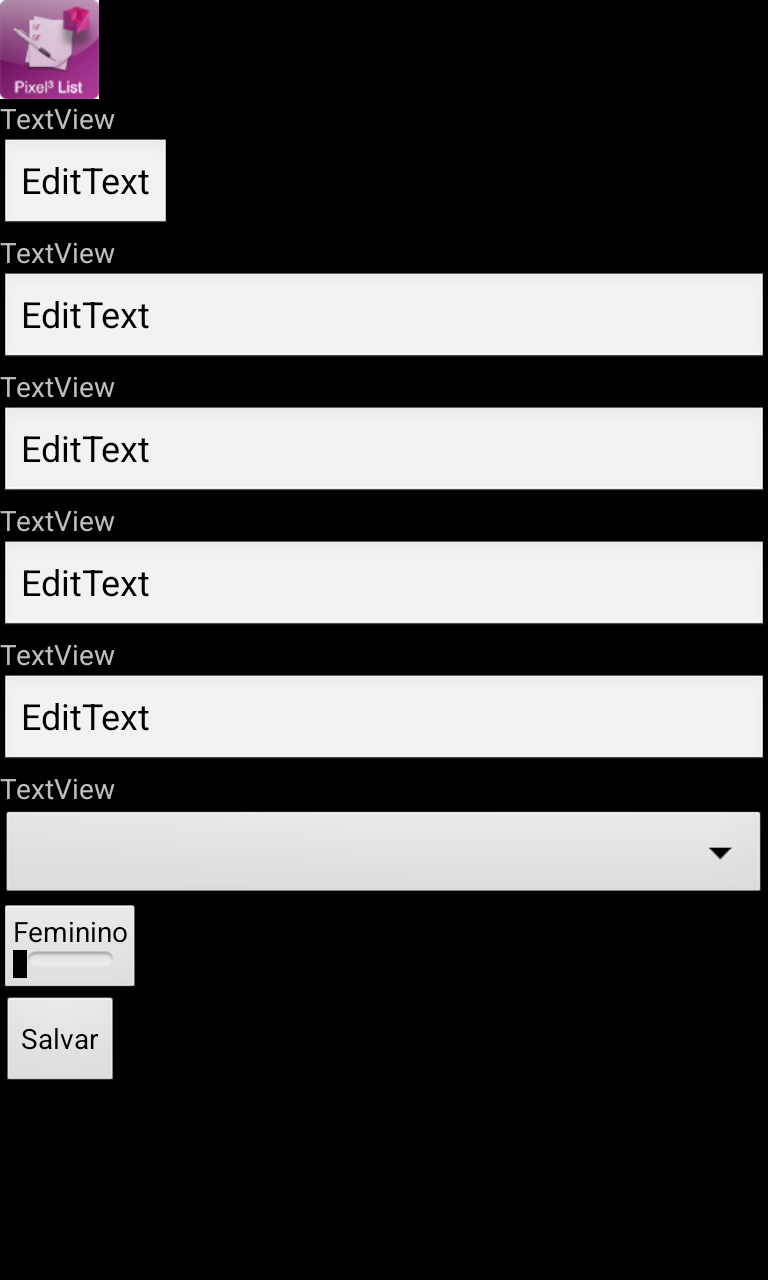
Repository: pixel3mobi/listaDigital
Layout: Pixel3List/res/layout/meusdados.xml
The author's editor kept a copy of each file at every save. The layout is drawn from the files as they stood at one save, then again after the next save.
It is drawn on a 768 x 1280 px phone screen (xhdpi) without system bars, with theme android:Theme; the app's code is not run.

Above is the layout before, as saved 2011-03-22 03:35:36.

### Pixel3List/res/layout/meusdados.xml
<?xml version="1.0" encoding="utf-8"?>
<RelativeLayout
  xmlns:android="http://schemas.android.com/apk/res/android"
  android:layout_width="fill_parent"
  android:layout_height="fill_parent">
    <ImageView android:src="@drawable/icon" android:id="@+id/imageView1" android:layout_width="wrap_content" android:layout_height="wrap_content" android:layout_alignParentTop="true"></ImageView>
    <ScrollView android:layout_below="@+id/imageView1"  android:layout_alignLeft="@+id/imageView1" android:layout_width="fill_parent" android:layout_height="fill_parent">
	    <LinearLayout android:orientation="vertical" android:id="@+id/linearLayout1" android:layout_width="fill_parent" android:layout_height="wrap_content">
	        <TextView android:text="TextView" android:id="@+id/textView1" android:layout_width="wrap_content" android:layout_height="wrap_content"></TextView>
	        <EditText android:layout_height="wrap_content" android:text="EditText" android:id="@+id/editText1" android:layout_width="wrap_content"></EditText>
	        <TextView android:text="TextView" android:id="@+id/textView2" android:layout_width="wrap_content" android:layout_height="wrap_content"></TextView>
	        <EditText android:layout_height="wrap_content" android:text="EditText" android:id="@+id/editText2" android:layout_width="fill_parent"></EditText>
	        <TextView android:text="TextView" android:id="@+id/textView3" android:layout_width="wrap_content" android:layout_height="wrap_content"></TextView>
	        <EditText android:layout_height="wrap_content" android:text="EditText" android:id="@+id/editText3" android:layout_width="fill_parent"></EditText>
	        <TextView android:text="TextView" android:id="@+id/textView4" android:layout_width="wrap_content" android:layout_height="wrap_content"></TextView>
	        <EditText android:layout_height="wrap_content" android:text="EditText" android:id="@+id/editText4" android:layout_width="fill_parent"></EditText>
	        <TextView android:text="TextView" android:id="@+id/textView5" android:layout_width="wrap_content" android:layout_height="wrap_content"></TextView>
	        <EditText android:layout_height="wrap_content" android:text="EditText" android:id="@+id/editText5" android:layout_width="fill_parent"></EditText>
	        <TextView android:text="TextView" android:id="@+id/textView7" android:layout_width="wrap_content" android:layout_height="wrap_content"></TextView>
	        <Spinner android:layout_height="wrap_content" android:layout_width="fill_parent" android:id="@+id/spinner1"></Spinner>
	        <ToggleButton android:textOn="Masculino" android:textOff="Feminino" android:id="@+id/toggleButton1" android:layout_width="wrap_content" android:layout_height="wrap_content"></ToggleButton>
	        <Button android:text="Salvar" android:id="@+id/btnSalvar" android:layout_width="wrap_content" android:layout_height="wrap_content"></Button>
	    </LinearLayout>
    </ScrollView>
</RelativeLayout>

After the next save:
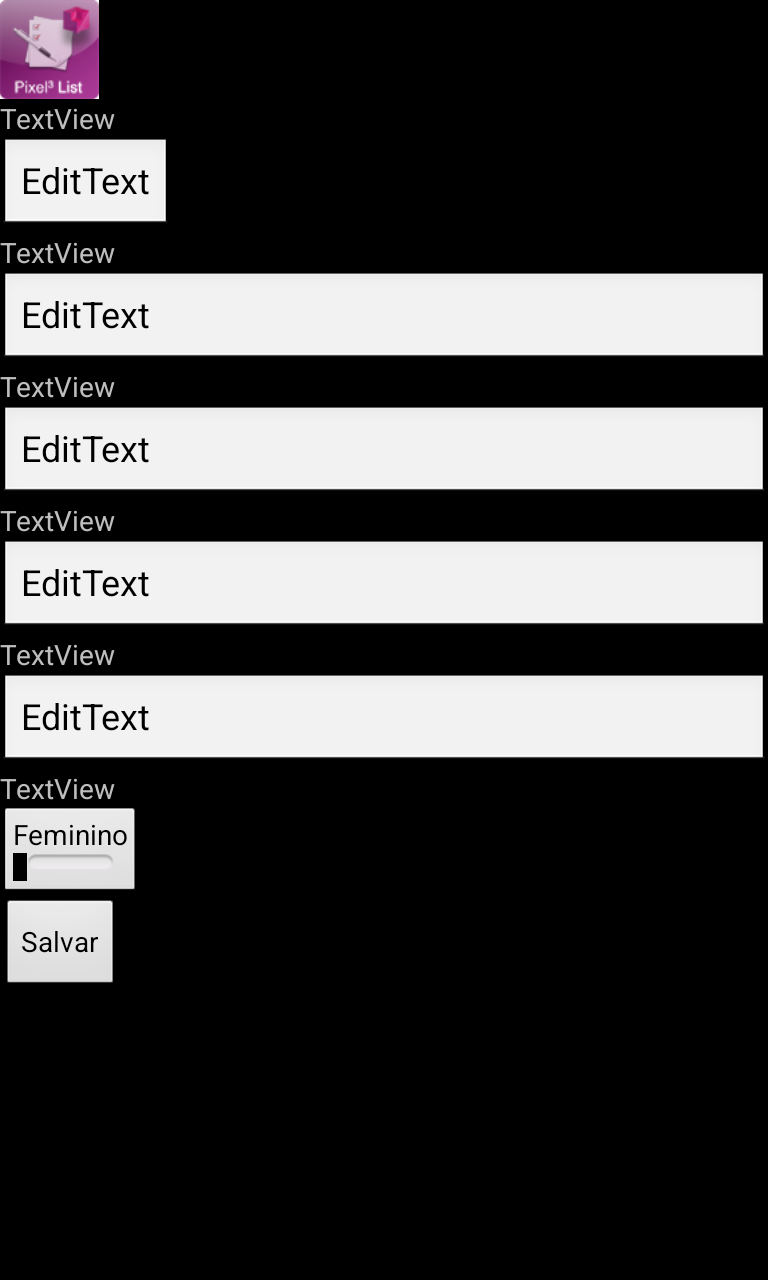
Saved 11 s later.
--- a/Pixel3List/res/layout/meusdados.xml
+++ b/Pixel3List/res/layout/meusdados.xml
@@ -17,7 +17,6 @@
 	        <TextView android:text="TextView" android:id="@+id/textView5" android:layout_width="wrap_content" android:layout_height="wrap_content"></TextView>
 	        <EditText android:layout_height="wrap_content" android:text="EditText" android:id="@+id/editText5" android:layout_width="fill_parent"></EditText>
 	        <TextView android:text="TextView" android:id="@+id/textView7" android:layout_width="wrap_content" android:layout_height="wrap_content"></TextView>
-	        <Spinner android:layout_height="wrap_content" android:layout_width="fill_parent" android:id="@+id/spinner1"></Spinner>
 	        <ToggleButton android:textOn="Masculino" android:textOff="Feminino" android:id="@+id/toggleButton1" android:layout_width="wrap_content" android:layout_height="wrap_content"></ToggleButton>
 	        <Button android:text="Salvar" android:id="@+id/btnSalvar" android:layout_width="wrap_content" android:layout_height="wrap_content"></Button>
 	    </LinearLayout>
